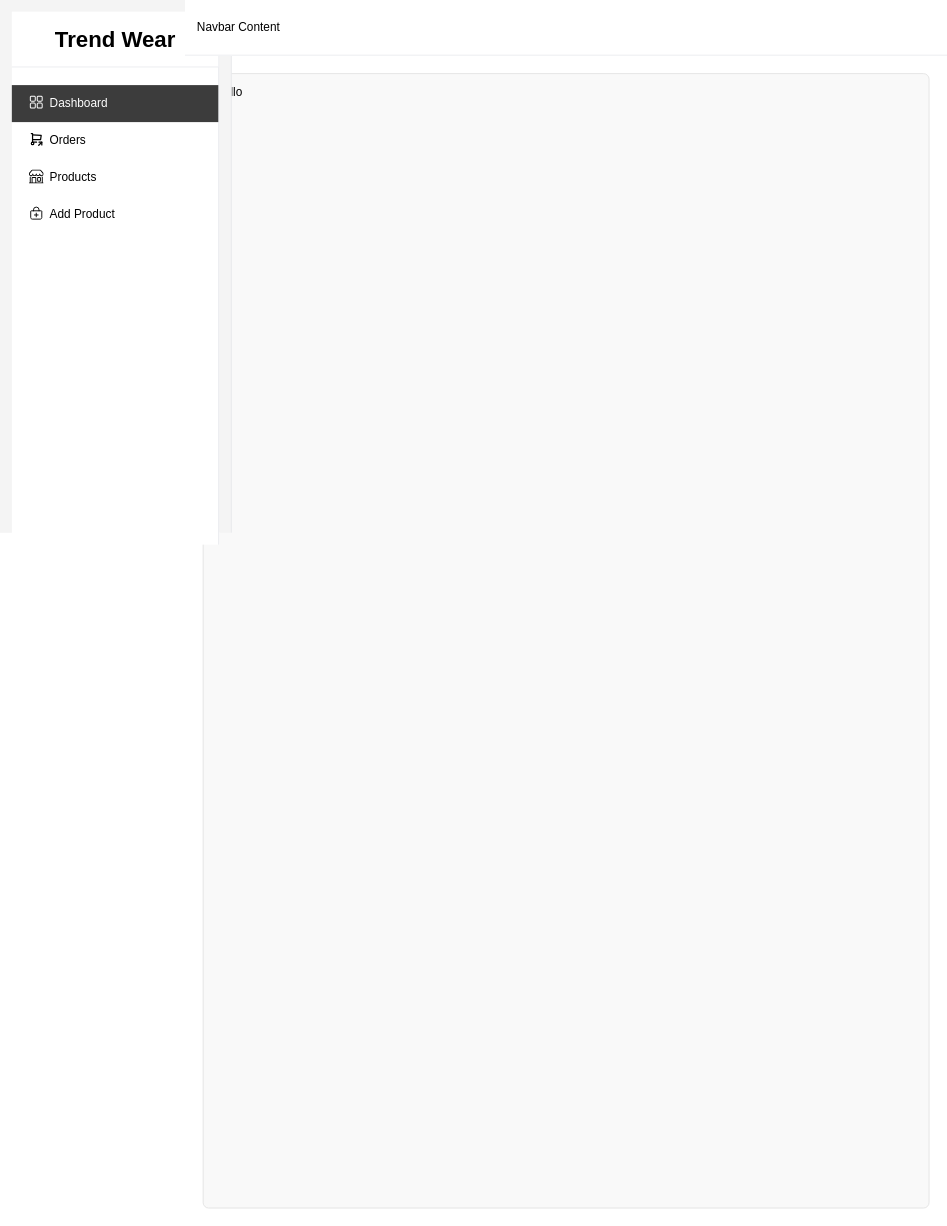
Repository: ahmad-dev7/TrendWear
Page: / (app in trend_wear_dashboard/)
These files come from the project's save history. The page is drawn as it stood at one moment and after the next save; the edit follows.
The browser window is 1280 px wide. The pictures show the whole page, at 74% of full size.
The project was rebuilt for these pictures with package versions that can differ from the ones it lists, and the page was loaded fresh each time. Also part of the build but not shown: trend_wear_dashboard/vite.config.ts.

Above is the page before, as saved 2025-01-20 11:48:53.

After the next save:
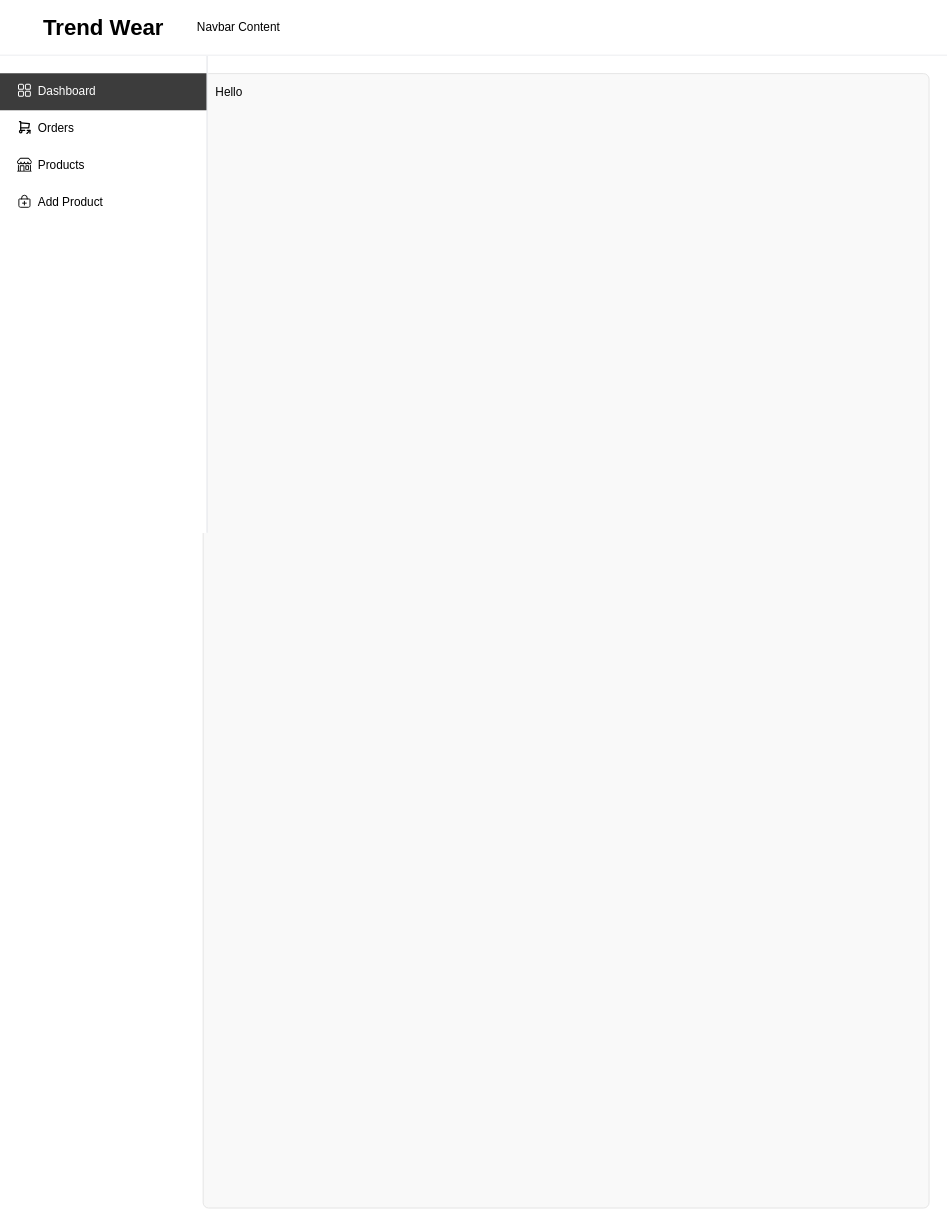
Saved 7 s later.
--- a/trend_wear_dashboard/src/App.css
+++ b/trend_wear_dashboard/src/App.css
@@ -38,7 +38,6 @@ html {
     height: 100vh;
     background-color: #f4f4f4;
     border-right: 1px solid #e5e7eb;
-    padding: 16px;
     z-index: 1000;
 }
 
